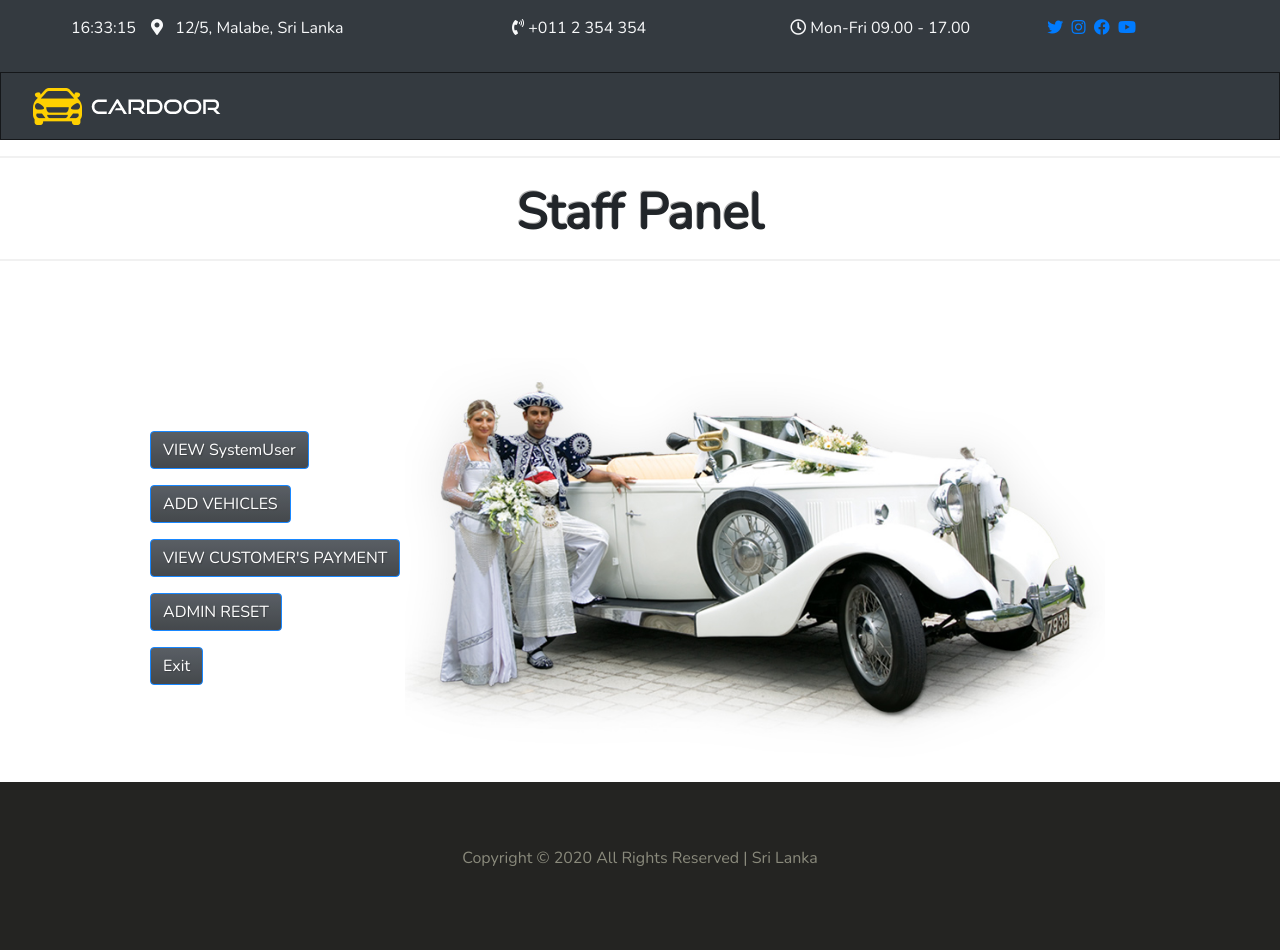
Repository: NipunLakshan99/Cardoor
Page: RentCar/WebContent/index.html
An editor plug-in stored every save of this project. The page is shown before and after the next save, followed by the edit.
The browser window is 1280 px wide. The pictures show the whole page.
Some web libraries are served in a nearby version.

Above is the page before, as saved 2020-05-13 20:25:19.

### RentCar/WebContent/index.html
<!DOCTYPE html>
<html>
<head>
<meta charset="ISO-8859-1">
<meta http-equiv="Content-Type" content="text/html; charset=ISO-8859-1">
		<link rel="stylesheet" href="https://stackpath.bootstrapcdn.com/bootstrap/4.3.1/css/bootstrap.min.css" integrity="sha384-ggOyR0iXCbMQv3Xipma34MD+dH/1fQ784/j6cY/iJTQUOhcWr7x9JvoRxT2MZw1T" crossorigin="anonymous">
		<link rel="stylesheet" href="https://bootswatch.com/4/slate/bootstrap.min.css" >
        <link rel="stylesheet" href="https://stackpath.bootstrapcdn.com/bootstrap/4.3.1/css/bootstrap.min.css" integrity="sha384-ggOyR0iXCbMQv3Xipma34MD+dH/1fQ784/j6cY/iJTQUOhcWr7x9JvoRxT2MZw1T" crossorigin="anonymous">
        <link href="https://fonts.googleapis.com/css?family=Nunito" rel="stylesheet">
        <link rel="stylesheet" href="https://use.fontawesome.com/releases/v5.8.2/css/all.css" integrity="sha384-oS3vJWv+0UjzBfQzYUhtDYW+Pj2yciDJxpsK1OYPAYjqT085Qq/1cq5FLXAZQ7Ay" crossorigin="anonymous">
        <link rel="stylesheet" href="CSS/stylesheet.css">
        <link rel="shortcut icon" href="CSS/favicon.ico" type="image/x-icon" />

<title>Staff Home</title>
</head>
<style>
 body{
  font-family: 'Nunito';
 }
 </style>
<title>Insert title here</title>
<body onload="startTime()">
<!--- Clock Display ------>
        <script>
            function startTime() {
                var today = new Date();
                var h = today.getHours();
                var m = today.getMinutes();
                var s = today.getSeconds();
                m = checkTime(m);
                s = checkTime(s);
                document.getElementById('txt').innerHTML =
                        h + ":" + m + ":" + s;
                var t = setTimeout(startTime, 500);
            }
            function checkTime(i) {
                if (i < 10) {
                    i = "0" + i
                }
                ;  // add zero in front of numbers < 10
                return i;
            }
        </script>

        <!------------------------------->


        <div class="preloader bg-dark text-light" >
            <div class="preloader-spinner" >


                <div id="header-top" class="d-none d-xl-block">
                    <div class="container">
                        <div class="row">

                            <div class="loader-content">
                                <!--<img src="CSS/img/preloader.gif">-->
                                <p id="txt"></p>

                            </div>

                            <div class="col-lg-3 text-left ">
                                <i class="fas fa-map-marker-alt"></i> &nbsp; 12/5, Malabe, Sri Lanka
                            </div>&nbsp;&nbsp;&nbsp;&nbsp;

                            <div class="col-lg-3 text-center">
                                <i class="fas fa-phone-volume"></i> +011 2 354 354
                            </div>&nbsp;&nbsp;&nbsp;&nbsp;

                            <div class="col-lg-3 text-center">
                                <i class="far fa-clock"></i> Mon-Fri 09.00 - 17.00
                            </div>&nbsp;&nbsp;&nbsp;&nbsp;&nbsp;&nbsp;


                            <div class="header-social-icons text-right">
                                <a href="#"><i class="fab fa-twitter"></i></a>&nbsp;
                                <a href="#"><i class="fab fa-instagram"></i></a>&nbsp;
                                <a href="#"><i class="fab fa-facebook"></i></a>&nbsp;
                                <a href="#"><i class="fab fa-youtube"></i></a>&nbsp;
                            </div>
                        </div>
                    </div>
                </div>
            </div>
        </div>
	 <nav class="navbar navbar-expand-lg navbar-dark bg-dark">
	 <div class="col-lg-4">
                        <a href="index.html" class="logo">
                            <img src="CSS/img/logo.png" alt="JSOFT">
                        </a>
                    </div>
  		<div class="collapse navbar-collapse" id="navbarColor02">
    	<ul class="navbar-nav mr-auto">
        <li class="nav-item active">

  		</div>
		</nav>
        <!-- /.row -->
        <section>

            <hr>
            <h1><b>Staff Panel</b></h1>
            <hr>

	<h1 style="color: #ffffff; margin-left: 580px;"></h1><br/><br/><br/>



	 <div class="btn-group-vertical" data-toggle="buttons">
 		 <a href="viewvehicles.jsp"><button type="button" class="btn btn-primary">VIEW SystemUser</button></a>
  		 <a href="viewdrivers.jsp"><button type="button" class="btn btn-primary">ADD VEHICLES</button></a>
  		 <a href="viewbookings.jsp"><button type="button" class="btn btn-primary">VIEW CUSTOMER'S PAYMENT</button></a>
  		 <a href="viewbookings.jsp"><button type="button" class="btn btn-primary">ADMIN RESET</button></a>
 		 <a href="Home.jsp"><button type="button" class="btn btn-primary">Exit</button></a>

	 </div>
	 <img src="CSS/img/vehicle/wedding.jpg" width="700" height="400" class="img"/>
	 <br/>
	 <br/>

 	<section id="adddriver" class="py-5" style=" background-color: #242422;">
		<div class="footer-bottom-area">
        	<div class="container">
           		 <div class="row">
               		 <div class="col-lg-12 text-center">
                    	<p style="color: #8a8a7c;">Copyright &copy; <script>document.write(new Date().getFullYear());</script> All Rights Reserved | Sri Lanka</p>
               		 </div>
            	 </div>
            </div>
        </div>


        </section>
</body>
</html>

### RentCar/WebContent/CSS/stylesheet.css
.btn-group-vertical{

  margin-left: 150px;
}

.align text-light{
	color:black;

}

.bg-light{
	border: 1px solid 	#000000;
    margin-bottom: 25px;
}

.btn-group-vertical input[type=button]{
	width: 100%;
	height: 30px;
 	position: relative;
 	margin-left: 150px;
	}

.adddriverform{
	margin-left: 150px;
}

.viewdrivers{
	margin-left: 150px;
}

.editdriverform{
	margin-left: 150px;
}




.loginform{
		width: 100%;
  		padding: 12px 20px;
  		margin: 8px 0;
  		display: inline-block;
  		border: 1px solid #cc;
  		background: #f1f1f1;
  		box-sizing: border-box;
}

.userimg{
	margin-left:1000px;
}

.adminlogin{
	width:50%;
	margin-left: 350px;
}

.feedbackform{
	margin-left: 150px;
}

#message {
  display:none;
  background: #f1f1f1;
  color: #000;
  position: relative;
  padding: 20px;
  margin-top: 10px;
}

#message p {
  padding: 10px 35px;
  font-size: 18px;
}


.wed img{
	position:absolute;
	left:700px;
	margin-left: 70px;
	top:395px;

}

.benz img{
	position:absolute;
	left:550px;
	margin-left: 70px;
	top:350px;

}


.loginbox{
    width: 320px;
    height: 420px;
    background: #000;
    color: #fff;
    top: 50%;
    left: 50%;
    position: absolute;
    transform: translate(-50%,-50%);
    box-sizing: border-box;
    padding: 70px 30px;
}

.avatar{
    width: 100px;
    height: 100px;
    border-radius: 50%;
    position: absolute;
    top: -50px;
    left: calc(50% - 50px);
}

.loginbox h1{
    margin: 0;
    padding: 0 0 20px;
    text-align: center;
    font-size: 22px;
}

.loginbox p{
    margin: 0;
    padding: 0;
    font-weight: bold;
}

.loginbox input{
    width: 100%;
    margin-bottom: 20px;
}

.loginbox input[type="text"], input[type="password"]
{
    border: none;
    border-bottom: 1px solid #fff;
    background: transparent;
    outline: none;
    height: 40px;
    color: #fff;
    font-size: 16px;
}

.loginbox input[type="password"]
{
	 border: none;
    border-bottom: 1px solid #fff;
    background: transparent;
    outline: none;
    height: 40px;
    color: #fff;
    font-size: 16px;
}
.loginbox input[type="submit"]
{
    border: none;
    outline: none;
    height: 40px;
    background: #fb2525;
    color: #fff;
    font-size: 18px;
    border-radius: 20px;
}
.loginbox input[type="submit"]:hover
{
    cursor: pointer;
    background: #ffc107;
    color: #000;
}
.loginbox a{
    text-decoration: none;
    font-size: 12px;
    line-height: 20px;
    color: darkgrey;
}

.loginbox a:hover
{
    color: #ffc107;
}

.footer {
  position: fixed;
  left: 0;
  bottom: 0;
  width: 100%;
   height: 10%;
  background-color: #242422;
  color: white;
  text-align: center;
}

h1{
	text-align: center;
    font-size: 50px;
}

* {box-sizing: border-box}
/* Full-width input fields */
  input[type=text], input[type=password] {
  width: 100%;
  padding: 15px;
  margin: 5px 0 22px 0;
  display: inline-block;
  border: none;
  background: #f1f1f1;
}

/* Add a background color when the inputs get focus */
input[type=text]:focus, input[type=password]:focus {
  background-color: #ddd;
  outline: none;
}

/* Set a style for all buttons */
 button {
  background-color: #4CAF50;
  color: white;
  padding: 14px 20px;
  margin: 8px 0;
  border: none;
  cursor: pointer;
  width: 100%;
  opacity: 0.9;
}

button:hover {
  opacity:1;
}

/* Extra styles for the cancel button */
.cancelbtn {
  padding: 14px 20px;
  background-color: #f44336;
}

/* Float cancel and signup buttons and add an equal width */
.cancelbtn, .signupbtn {
  float: left;
  width: 50%;
}

/* Add padding to container elements */
.container {
  padding: 16px;
}

/* The Modal (background) */
.modal {
  display: none; /* Hidden by default */
  position: fixed; /* Stay in place */
  z-index: 1; /* Sit on top */
  left: 0;
  top: 0;
  width: 100%; /* Full width */
  height: 100%; /* Full height */
  overflow: auto; /* Enable scroll if needed */
  background-color: #474e5d;
  padding-top: 50px;
}

/* Modal Content/Box */
.modal-content {
  background-color: #fefefe;
  margin: 5% auto 15% auto; /* 5% from the top, 15% from the bottom and centered */
  border: 1px solid #888;
  width: 80%; /* Could be more or less, depending on screen size */
}

/* Style the horizontal ruler */
hr {
  border: 1px solid #f1f1f1;
  margin-bottom: 25px;
}

/* The Close Button (x) */
.close {
  position: absolute;
  right: 35px;
  top: 15px;
  font-size: 40px;
  font-weight: bold;
  color: #f1f1f1;
}

.close:hover,
.close:focus {
  color: #f44336;
  cursor: pointer;
}

/* Clear floats */
.clearfix::after {
  content: "";
  clear: both;
  display: table;
}

/* Change styles for cancel button and signup button on extra small screens */
@media screen and (max-width: 300px) {
  .cancelbtn, .signupbtn {
    width: 100%;
  }
}

.btnbutton{
	background-color: #4CAF50;
  color: white;
  padding: 14px 20px;
  margin: 8px 0;
  border: none;
  cursor: pointer;
  width: 15%;
  opacity: 0.9;
}

After the next save:
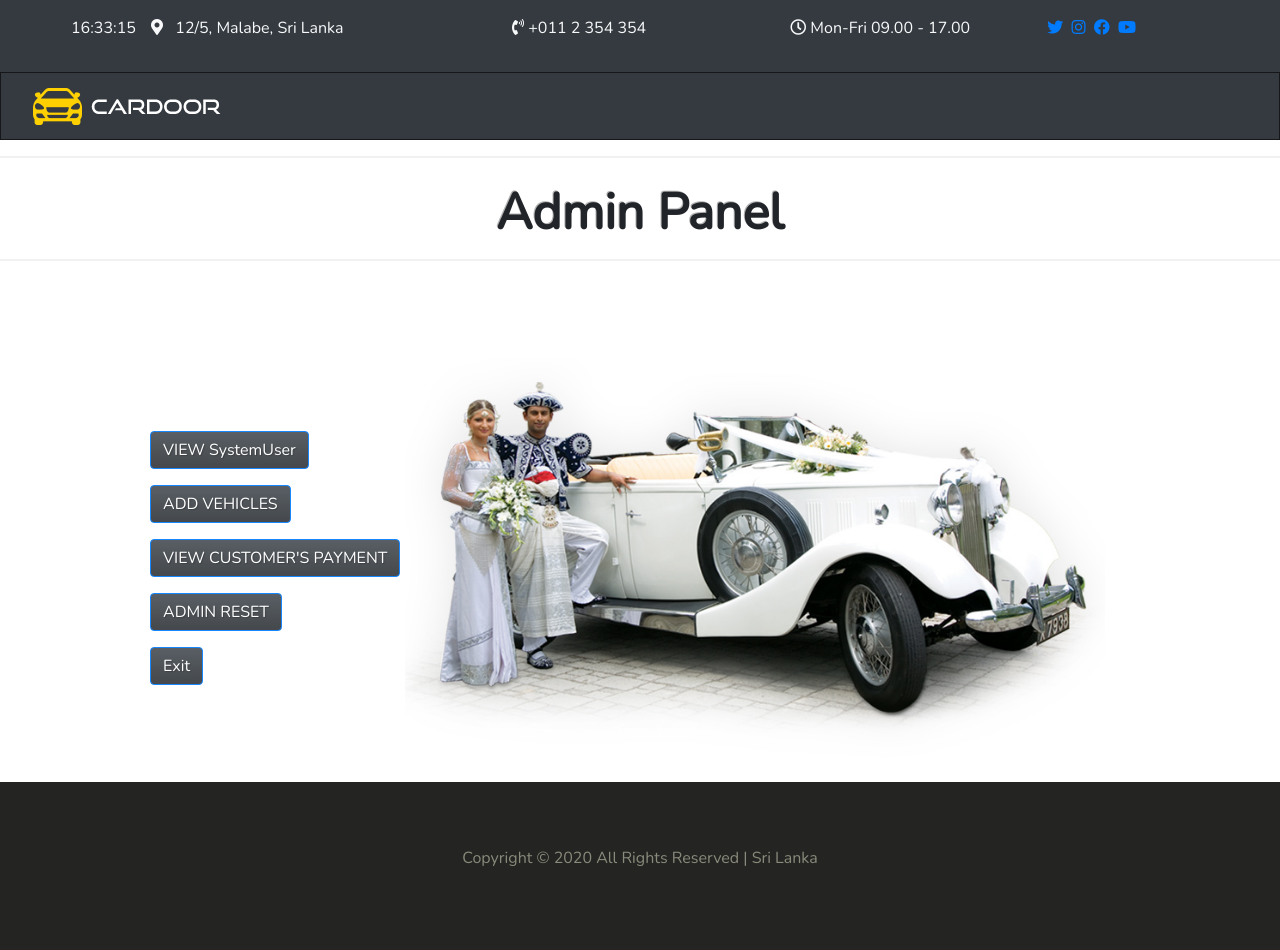
Saved 42 s later.
--- a/RentCar/WebContent/index.html
+++ b/RentCar/WebContent/index.html
@@ -11,7 +11,7 @@
         <link rel="stylesheet" href="CSS/stylesheet.css">
         <link rel="shortcut icon" href="CSS/favicon.ico" type="image/x-icon" />
 
-<title>Staff Home</title>
+<title>Admin Home</title>
 </head>
 <style>
  body{
@@ -99,7 +99,7 @@
         <section>
 
             <hr>
-            <h1><b>Staff Panel</b></h1>
+            <h1><b>Admin Panel</b></h1>
             <hr>
 
 	<h1 style="color: #ffffff; margin-left: 580px;"></h1><br/><br/><br/>
